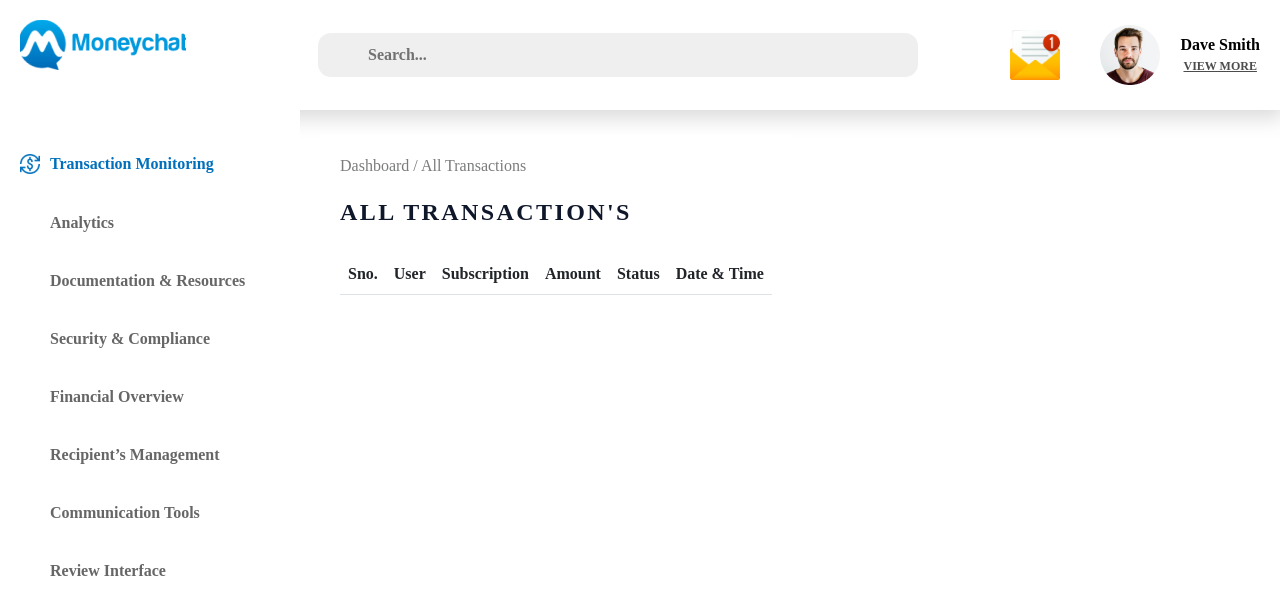
Repository: FlyweisReact/Money-Chat
Page: /transaction
An editor plug-in stored every save of this project. The page is shown before and after the next save, followed by the edit.
The browser window is 1280 px wide. The pictures show the whole page.
The project was rebuilt for these pictures with package versions that can differ from the ones it lists, and the page was loaded fresh each time. Also part of the build but not shown: src/forms/ForgetPassword.js, src/forms/Login.jsx, src/forms/NeedHelp.js, src/forms/Regestration.js, src/forms/Verify.js. Imported but missing from the stored project, and not drawn on this page: src/pages/Component/SpinnerComp.

Above is the page before, as saved 2023-11-30 15:12:45.

### src/index.js
import React from "react";
import ReactDOM from "react-dom/client";
import "./index.css";
import App from "./App";
import { BrowserRouter } from "react-router-dom";
import 'bootstrap/dist/css/bootstrap.min.css'
// Commit Changes
const root = ReactDOM.createRoot(document.getElementById("root"));
root.render(
  <React.StrictMode>
    <BrowserRouter>
      <App />
    </BrowserRouter>
  </React.StrictMode>
);

### src/CSS/style.css
/** @format */

.Login_screen {
  background: linear-gradient(
      0deg,
      rgba(238, 238, 238, 0.2) 0%,
      rgba(238, 238, 238, 0.2) 100%
    ),
    #fff;
  display: flex;
  flex-direction: column;
  justify-content: center;
  align-items: center;
  width: 100%;
  height: 100vh;
}
.Login_screen .Login_Container {
  max-width: 667px;
  max-height: 785px;
  width: 100%;
  height: 100%;
  border-radius: 13px;
  background: #fff;
  box-shadow: 0px 10px 30px 3px rgba(0, 0, 0, 0.15);
  padding: 20px;
  padding-bottom: 50px;
}
.Login_screen .Login_Container .logo {
  display: block;
  margin: auto;
  width: 166px;
  margin-top: 40px;
}
.Login_screen .Login_Container .description {
  margin-top: 40px;
}
.Login_screen .Login_Container .description h6 {
  color: #000;
  text-align: center;
  font-size: 32px;
  font-style: normal;
  font-weight: 700;
  line-height: normal;
}

.Login_screen .Login_Container .description p {
  color: rgba(0, 0, 0, 0.7);
  text-align: center;
  font-size: 20px;
  font-style: normal;
  font-weight: 400;
  line-height: normal;
}

.Login_Container .input_container {
  margin-bottom: 50px;
}
.Login_Container .input_container.special {
  max-height: 300px;
  padding-bottom: 50px;
  overflow-y: scroll;
}
.Login_Container .input_group {
  display: flex;
  gap: 10px;
  align-items: center;
  border-radius: 13px;
  background: rgba(238, 238, 238, 0.2);
  box-shadow: 0px 6px 20px 2px rgba(0, 0, 0, 0.15);
  padding: 15px;
  width: 80%;
  margin: auto;
}
.Login_Container .input_group img {
  width: 20px;
}
.Login_Container .input_group input {
  outline: none;
  border: none;
  color: #0070bc;
  font-size: 16px;
  font-style: normal;
  font-weight: 500;
  line-height: normal;
  font-weight: 600;
  width: 80%;
}
.Login_Container .input_group input.without_color {
  color: rgba(0, 0, 0, 0.7);
}
.Login_Container .input_group input.without_color::placeholder {
  color: rgba(0, 0, 0, 0.7);
}
.Login_Container .input_group input::placeholder {
  color: #0070bc;
  font-weight: 600;
}

.Login_Container .login_btn {
  max-width: 250px;
  width: 100%;
  display: block;
  margin: auto;
  margin-top: 40px;
  color: #fff;
  text-align: center;
  font-size: 18px;
  font-style: normal;
  font-weight: 600;
  line-height: normal;
  border-radius: 10px;
  background: linear-gradient(180deg, #fea82f 0%, #fd575b 100%);
  padding: 15px;
}

.Login_Container .create_new {
  display: flex;
  justify-content: center;
  gap: 20px;
  align-items: center;
  margin-top: 50px;
}

.Login_Container .create_new .item {
  display: flex;
  gap: 10px;
  align-items: center;
  width: 300px;
  justify-content: center;
}
.Login_Container .create_new .item img {
  width: 20px;
}
.Login_Container .create_new .item span {
  color: rgba(0, 0, 0, 0.7);
  text-align: center;
  font-size: 16px;
  font-style: normal;
  font-weight: 600;
  line-height: normal;
}

.Login_Container .create_new .item:first-child {
  border-right: 2px solid #000;
  padding-right: 10px;
}

.Login_Container a {
  text-decoration: none;
}

.Login_Container .button_container {
  display: flex;
  justify-content: space-between;
  align-items: center;
  gap: 20px;
}
.Login_Container .button_container button {
  max-width: 250px;
  width: 100%;
  display: block;
  margin: auto;
  color: #fff;
  text-align: center;
  font-size: 18px;
  font-style: normal;
  font-weight: 600;
  line-height: normal;
  border-radius: 10px;
  background: linear-gradient(180deg, #fea82f 0%, #fd575b 100%);
  padding: 15px;
}

.Login_Container .button_container .cancel {
  max-width: 250px;
  width: 100%;
  display: flex;
  gap: 10px;
  align-items: center;
}
.Login_Container .button_container .cancel a {
  font-size: 18px;
  font-style: normal;
  font-weight: 700;
  line-height: normal;
  text-decoration-line: underline;
  background: linear-gradient(180deg, #fea82f 0%, #fd575b 100%);
  background-clip: text;
  -webkit-background-clip: text;
  -webkit-text-fill-color: transparent;
}
.Login_Container .button_container .cancel img {
  width: 30px;
}

.Login_Container .progress_bar {
  border-radius: 10px;
  background: rgba(196, 196, 196, 0.4);
  width: 100%;
  height: 16px;
  margin-top: 40px;
}

.Login_Container .progress_bar .colored {
  width: 33%;
  border-radius: 10px;
  background: linear-gradient(90deg, #fea82f 0%, #fd575b 100%);
  height: 100%;
}
.Login_Container .progress_bar .second_stage {
  width: 80%;
  border-radius: 10px;
  background: linear-gradient(90deg, #fea82f 0%, #fd575b 100%);
  height: 100%;
}

.Login_Container .input_container .heading {
  color: #0070bc;
  font-size: 20px;
  font-style: normal;
  font-weight: 700;
  line-height: normal;
  padding: 20px;
  padding-bottom: 0;
  margin-top: 20px;
}

.Login_Container .whole_button_container {
  border-radius: 13px;
  background: rgba(238, 238, 238, 0.2);
  box-shadow: 0px 6px 20px 2px rgba(0, 0, 0, 0.15);
  width: 90%;
  margin: auto;
  display: flex;
  align-items: center;
  justify-content: space-between;
  padding-left: 20px;
  padding-right: 20px;
  padding: 10px;
  margin-top: 10px;
}

.Login_Container .whole_button_container p {
  margin: 0;
  color: rgba(0, 0, 0, 0.7);
  font-size: 16px;
  font-style: normal;
  font-weight: 600;
  line-height: normal;
}

.Login_Container .whole_button_container button {
  border-radius: 13px;
  background: rgba(0, 170, 234, 0.5);
  width: 200px;
  padding: 10px;
  color: #fff;
  text-align: center;
  font-size: 16px;
  font-style: normal;
  font-weight: 600;
  line-height: normal;
  display: flex;
  justify-content: center;
  align-items: center;
  gap: 20px;
}

.Login_Container .whole_button_container button.img {
  width: 20px;
}

.verify {
  background: #f0f6f5;
  width: 100%;
  height: 100vh;
}
.verify img {
  width: 800px;
  display: block;
  margin: auto;
}
.verify .colored {
  color: rgba(0, 0, 0, 0.7);
  text-align: center;
  font-size: 32px;
  font-style: normal;
  font-weight: 500;
  line-height: normal;
}
.verify p {
  color: rgba(0, 0, 0, 0.6);
  text-align: center;
  font-size: 24px;
  font-style: normal;
  font-weight: 400;
  line-height: normal;
}

.Login_Container .Drop_Links {
  padding: 20px;
}

.Login_Container .Drop_Links div {
  border-bottom: 1px solid rgba(0, 0, 0, 0.6);
  padding: 20px;
  display: flex;
  justify-content: space-between;
  align-items: center;
  cursor: pointer;
  margin-top: 20px;
}
.Login_Container .Drop_Links div span {
  color: rgba(0, 0, 0, 0.6);
  font-size: 16px;
  font-style: normal;
  font-weight: 600;
  line-height: normal;
}
.Login_Container .Drop_Links div i {
  font-size: 18px;
  color: #fea82f;
}

/* Navbar */
.Navbar {
  background: #fff;
  box-shadow: 0px 4px 20px 4px rgba(0, 0, 0, 0.15);
  display: flex;
  justify-content: space-between;
  align-items: center;
  gap: 20px;
  padding: 20px;
  width: 100%;
}
.Navbar .logo {
  width: 206px;
}

.Navbar .search_bar {
  border-radius: 13px;
  background: rgba(238, 238, 238, 0.93);
  max-width: 600px;
  width: 100%;
  padding: 10px;
  display: flex;
  gap: 20px;
  align-items: center;
  padding-left: 30px;
}

.Navbar .search_bar input {
  background-color: transparent;
  outline: none;
  width: 90%;
  font-size: 16px;
  font-weight: 600;
}

.Navbar .search_bar input::placeholder {
  color: rgba(30, 30, 30, 0.6);
  font-weight: 600;
}

.Navbar .side_div {
  display: flex;
  align-items: center;
  gap: 20px;
  justify-content: space-between;
  max-width: 250px;
  width: 100%;
}

.Navbar .side_div .notify {
  max-width: 50px;
  width: 100%;
}
.Navbar .side_div .content {
  display: flex;
  align-items: center;
  gap: 20px;
}
.Navbar .side_div .content div {
  display: flex;
  flex-direction: column;
  gap: 5px;
  justify-content: center;
  align-items: center;
}
.Navbar .side_div .content div p {
  margin: 0;
  color: #000;
  font-size: 16px;
  font-style: normal;
  font-weight: 600;
  line-height: normal;
}

.Navbar .side_div .content div a {
  color: rgba(0, 0, 0, 0.7);
  font-size: 12px;
  font-style: normal;
  font-weight: 600;
  text-decoration: underline;
  line-height: normal;
}

/* ---- */
.component_style {
  display: flex;
  gap: 20px;
}
.sidebar {
  background-color: #fff;
  width: 300px;
}

.sidebar ul {
  display: flex;
  gap: 40px;
  flex-direction: column;
  padding: 20px;
}
.sidebar ul li {
  display: flex;
  align-items: center;
  gap: 10px;
}
.sidebar ul li span.link {
  color: rgba(0, 0, 0, 0.6);
  font-size: 16px;
  font-style: normal;
  font-weight: 600;
  line-height: normal;
}

.sidebar ul li img {
  width: 20px;
}
.sidebar ul a {
  text-decoration: none;
}
.sidebar ul a.active li  span.link {
  color: #0070bc;
}

### src/layout/HOC.jsx
/** @format */

import React, { useState } from "react";
import Navbar from "./Navbar";
import Sidebar from "./Sidebar";

const HOC = (Wcomponenet) => {
  return function Component() {
    const [hamb, setHamb] = useState(false);
    return (
      <>
        <div style={{ backgroundColor: "#f2f3f8" }}>
          <Navbar hamb={hamb} setHamb={setHamb} />
        </div>

        <section className="component_style">
          <Sidebar hamb={hamb} setHamb={setHamb} />
          <div
            className="my-6 text-#000 h-[87%] wcomp"
            style={{ overflowY: "auto" }}
          >
            {" "}
            <Wcomponenet />
          </div>
        </section>
      </>
    );
  };
};

export default HOC;

### src/layout/Navbar.jsx
/** @format */
import logo from "../Images/logo.png";

const Navbar = () => {
  return (
    <>
      <div className="Navbar">
        <div className="logo">
          <img src={logo} alt="" />
        </div>

        <div className="search_bar">
          <i className="fa-solid fa-magnifying-glass"></i>
          <input type="search" placeholder="Search..." />
        </div>

        <div className="side_div">
          <img src="./Image/13.png" alt="" className="notify" />

          <div className="content">
            <img src="./Image/12.png" alt="" />
            <div>
              <p className="head">Dave Smith</p>
              <a>VIEW MORE </a>
            </div>
          </div>

        </div>


      </div>
    </>
  );
};

export default Navbar;

### src/layout/Sidebar.jsx
/** @format */

import React from "react";
import { Link, useLocation, useNavigate } from "react-router-dom";
import { toast } from "react-toastify";

const Sidebar = () => {
  const navigate = useNavigate();
  const location = useLocation();

  const nav = [
    {
      img: "./Image/14.svg",
      link: "/transaction",
      name: "Transaction Monitoring",
      activeImg: "./Image/Monitoring.svg",
    },
    {
      link: "/Product",
      name: "Analytics ",
    },

    {
      link: "/service",
      name: "Documentation & Resources",
    },
    {
      link: "/gallery",
      name: "Security & Compliance",
    },
    {
      link: "/getblog",
      name: "Financial Overview",
    },
    {
      link: "/privacy-policy",
      name: "Recipient’s Management",
    },
    {
      link: "/terms",
      name: "Communication Tools",
    },
    {
      link: "/brand",
      name: "Review Interface",
    },
  ];

  const logOut = () => {
    localStorage.clear();
    navigate("/");
    toast.success("Logged Out");
  };

  function ImgFinder(i) {
    if (i.link === location.pathname) {
      return i.activeImg;
    } else {
      return i.img;
    }
  }

  return (
    <>
      <aside className="sidebar">
        <nav className="py-6">
          <ul>
            {nav.map((nav) => {
              return (
                <Link
                  to={nav.link}
                  key={nav.name}
                  className={`Links ${
                    nav.link === location.pathname ? "active" : ""
                  }`}
                >
                  <li>
                    <img src={ImgFinder(nav)} alt="" />
                    <span className="link"> {nav.name}</span>
                  </li>
                </Link>
              );
            })}
          </ul>

          <span
            className="flex my-3 items-center cursor-pointer text-gray-900    tracking-wider p-2 rounded-sm"
            onClick={() => logOut()}
            style={{ color: "#FFF", textTransform: "uppercase" }}
          ></span>
        </nav>
      </aside>
    </>
  );
};

export default Sidebar;

Loaded but not shown: tailwind.config.js (common file); src/App.js (46 lines, source omitted); src/pages/Transaction/Transaction.js (42 lines, source omitted); src/index.css (923 lines, source omitted)

After the next save:
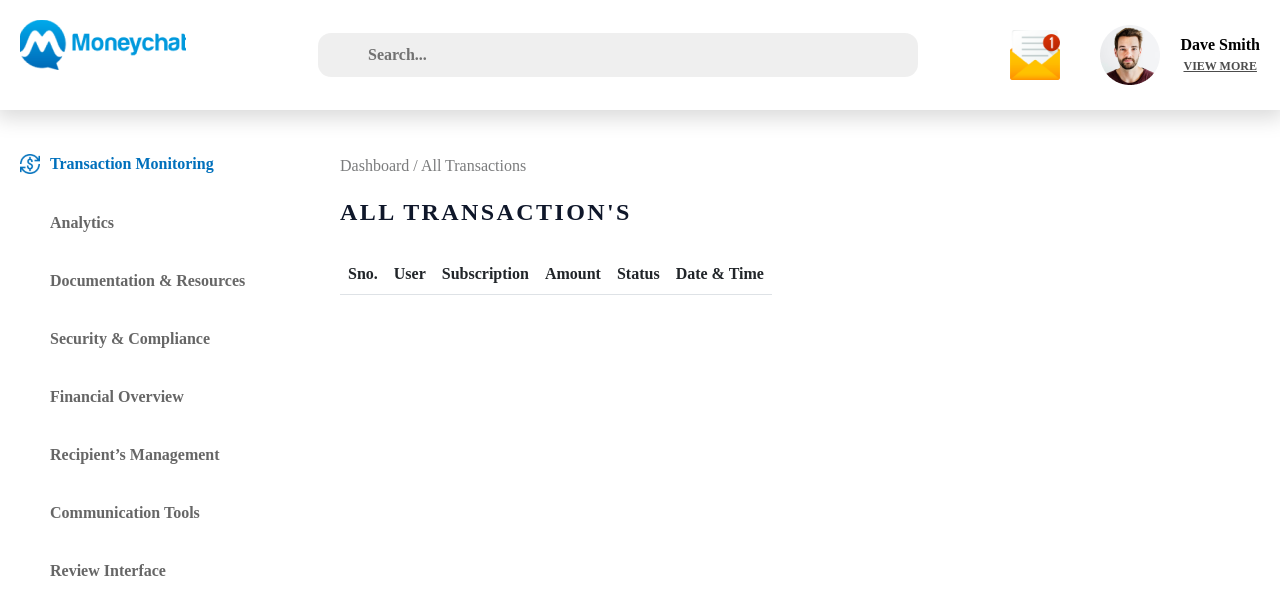
Saved 53 s later.
--- a/src/CSS/style.css
+++ b/src/CSS/style.css
@@ -332,6 +332,8 @@
   gap: 20px;
   padding: 20px;
   width: 100%;
+  position: relative;
+  z-index: 2;
 }
 .Navbar .logo {
   width: 206px;
